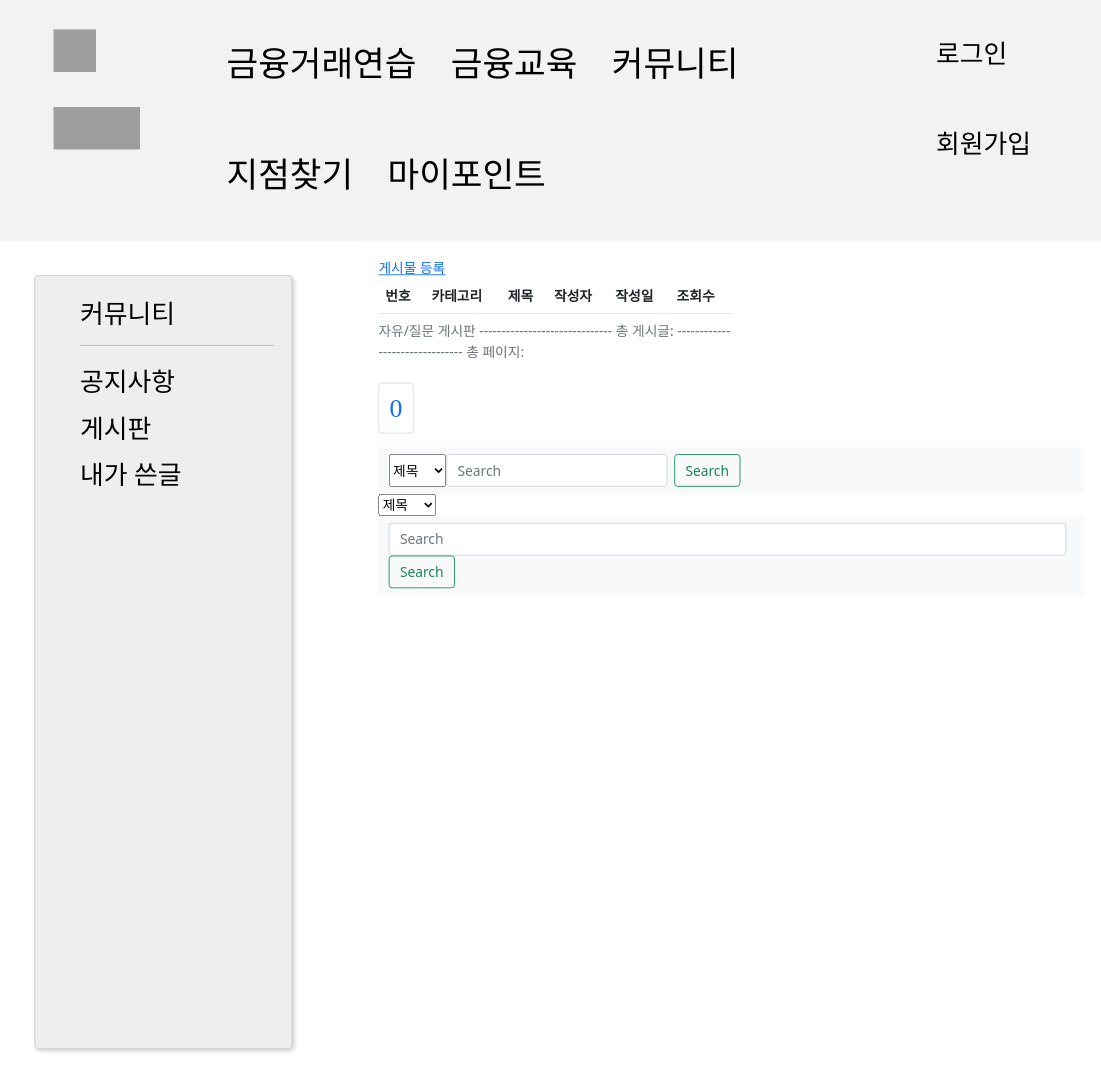
Repository: syc98syc/KB04_TeamProject
Page: http://localhost/jgig/WEB-INF/jsp/board/list.jsp
The author's editor kept a copy of each file at every save. The page is drawn from the files as they stood at one save, then again after the next save.
The browser window is 1280 px wide. The pictures show the whole page, at 86% of full size.
Pictures or frames that could not be fetched are drawn as grey boxes. Some web fonts or font styles are not loaded; a fallback is used. The page is served by Tomcat 9. Nobody is signed in. The template is opened directly, without the code that normally fills it, so the values that code supplies are empty.

Above is the page before, as saved 2023-09-08 05:17:48.

After the next save:
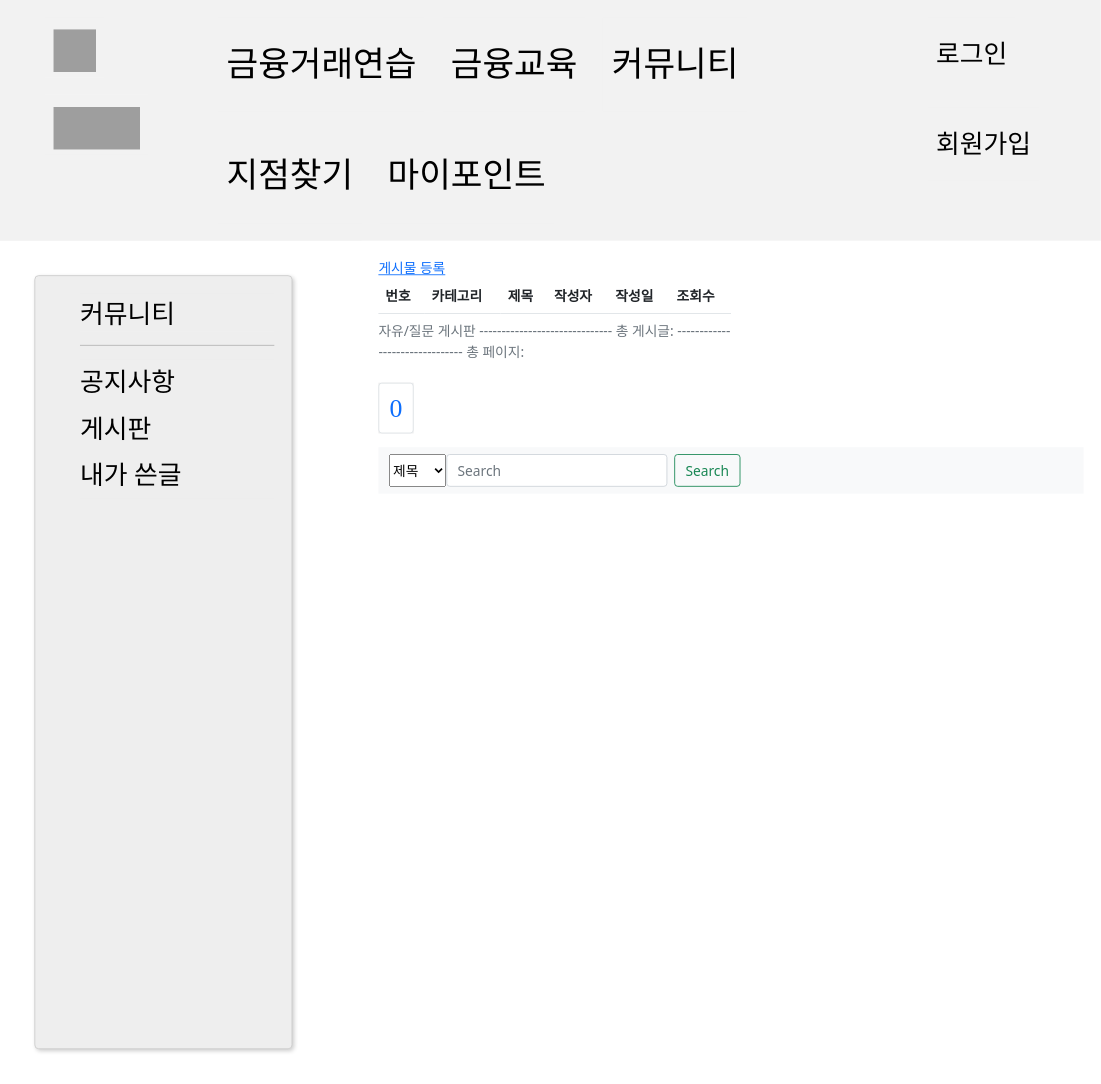
Saved 8 s later.
--- a/jgig/src/main/webapp/WEB-INF/jsp/board/list.jsp
+++ b/jgig/src/main/webapp/WEB-INF/jsp/board/list.jsp
@@ -66,22 +66,6 @@
     </form>
   </div>
 </nav>
-<form action="board_search_action" method="post">
-		<fieldset>
-			<select name="brd_category">
-				<option value="title">제목</option>
-				<option value="mem_id">작성자</option>
-			</select>
-			<nav class="navbar navbar-light bg-light">
-  <div class="container-fluid">
-    <form class="d-flex">
-      <input class="form-control me-2" type="search" placeholder="Search" aria-label="Search">
-      <button class="btn btn-outline-success" type="submit">Search</button>
-    </form>
-  </div>
-</nav>
-		</fieldset>
-	</form>
 </div>
 </body>
 </html>
